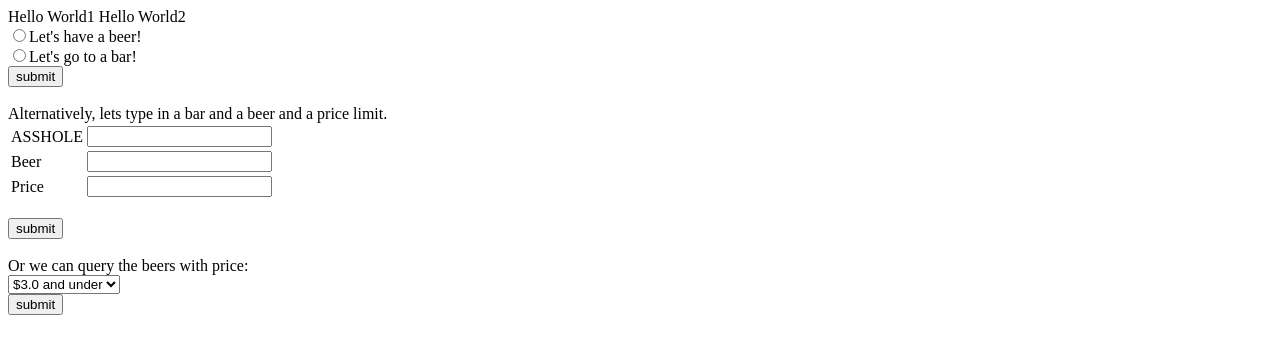
Repository: jessejamesblack/BuyMe
Page: http://localhost/cs336Final/
An editor plug-in stored every save of this project. The page is shown before and after the next save, followed by the edit.
The browser window is 1280 px wide. The pictures show the whole page.
The page is served by Tomcat 9. Other server files are loaded and not shown.

Above is the page before, as saved 2018-03-20 21:59:30.

### cs336Final/WebContent/index.jsp
<%@ page language="java" contentType="text/html; charset=ISO-8859-1"
    pageEncoding="ISO-8859-1"%>
<%@ page import="java.io.*,java.util.*,java.sql.*"%>
<%@ page import="javax.servlet.http.*,javax.servlet.*" %>

<!DOCTYPE html PUBLIC "-//W3C//DTD HTML 4.01 Transitional//EN" "http://www.w3.org/TR/html4/loose.dtd">
<html>
<head>
<meta http-equiv="Content-Type" content="text/html; charset=ISO-8859-1">
<title>Beer World</title>
</head>
<body>
Hello World1 <!-- the usual HTML way -->
<% out.println("Hello World2"); %> <!-- output the same thing, but using
                                      jsp programming -->


<br>
 <!-- Show html form to i) display something, ii) choose an action via a
  | radio button -->
<!-- forms are used to collect user input
	The default method when submitting form data is GET.
	However, when GET is used, the submitted form data will be visible in the page address field-->
<form method="post" action="show.jsp">
    <!-- note the show.jsp will be invoked when the choice is made -->
	<!-- The next lines give HTML for radio buttons being displayed -->
  <input type="radio" name="command" value="beers"/>Let's have a beer!
  <br>
  <input type="radio" name="command" value="bars"/>Let's go to a bar!
    <!-- when the radio for bars is chosen, then 'command' will have value
     | 'bars', in the show.jsp file, when you access request.parameters -->
  <br>
  <input type="submit" value="submit" />
</form>
<br>

Alternatively, lets type in a bar and a beer and  a price limit.
<br>
	<form method="post" action="newBeer.jsp">
	<table>
	<tr>
	<td>ASSHOLE</td><td><input type="text" name="bar"></td>
	</tr>
	<tr>
	<td>Beer</td><td><input type="text" name="beer"></td>
	</tr>
	<tr>
	<td>Price</td><td><input type="text" name="price"></td>
	</tr>
	</table>
	<br>
	<input type="submit" value="submit">
	</form>
<br>

Or we can query the beers with price:
<br>
	<form method="post" action="query.jsp">
		<select name="price" size=1>
			<option value="3.0">$3.0 and under</option>
			<option value="5.0">$5.0 and under</option>
			<option value="8.0">$8.0 and under</option>
		</select>&nbsp;<br> <input type="submit" value="submit">
	</form>
<br>

</body>
</html>

After the next save:
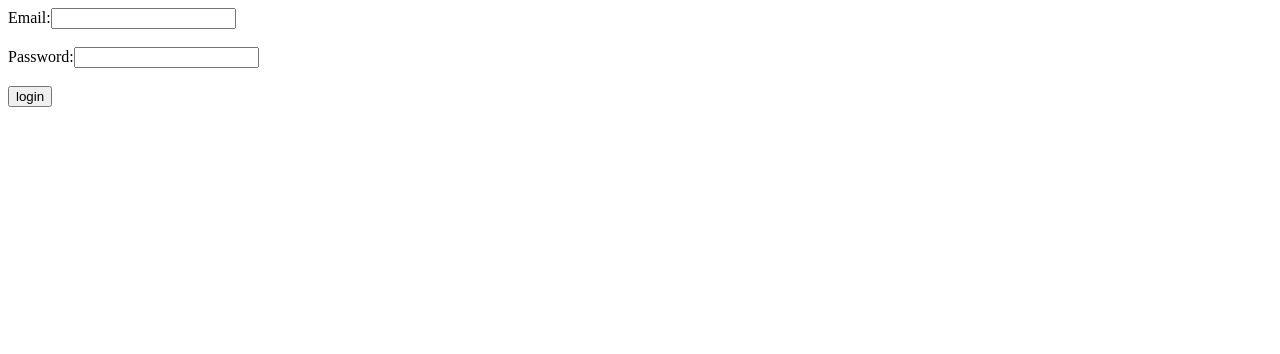
Saved 22 h 54 min later.
--- a/cs336Final/WebContent/index.jsp
+++ b/cs336Final/WebContent/index.jsp
@@ -1,68 +1,5 @@
-<%@ page language="java" contentType="text/html; charset=ISO-8859-1"
-    pageEncoding="ISO-8859-1"%>
-<%@ page import="java.io.*,java.util.*,java.sql.*"%>
-<%@ page import="javax.servlet.http.*,javax.servlet.*" %>
-
-<!DOCTYPE html PUBLIC "-//W3C//DTD HTML 4.01 Transitional//EN" "http://www.w3.org/TR/html4/loose.dtd">
-<html>
-<head>
-<meta http-equiv="Content-Type" content="text/html; charset=ISO-8859-1">
-<title>Beer World</title>
-</head>
-<body>
-Hello World1 <!-- the usual HTML way -->
-<% out.println("Hello World2"); %> <!-- output the same thing, but using
-                                      jsp programming -->
-
-
-<br>
- <!-- Show html form to i) display something, ii) choose an action via a
-  | radio button -->
-<!-- forms are used to collect user input
-	The default method when submitting form data is GET.
-	However, when GET is used, the submitted form data will be visible in the page address field-->
-<form method="post" action="show.jsp">
-    <!-- note the show.jsp will be invoked when the choice is made -->
-	<!-- The next lines give HTML for radio buttons being displayed -->
-  <input type="radio" name="command" value="beers"/>Let's have a beer!
-  <br>
-  <input type="radio" name="command" value="bars"/>Let's go to a bar!
-    <!-- when the radio for bars is chosen, then 'command' will have value
-     | 'bars', in the show.jsp file, when you access request.parameters -->
-  <br>
-  <input type="submit" value="submit" />
+<form action="loginprocess.jsp">
+Email:<input type="text" name="email"/><br/><br/>
+Password:<input type="password" name="pass"/><br/><br/>
+<input type="submit" value="login"/>
 </form>
-<br>
-
-Alternatively, lets type in a bar and a beer and  a price limit.
-<br>
-	<form method="post" action="newBeer.jsp">
-	<table>
-	<tr>
-	<td>ASSHOLE</td><td><input type="text" name="bar"></td>
-	</tr>
-	<tr>
-	<td>Beer</td><td><input type="text" name="beer"></td>
-	</tr>
-	<tr>
-	<td>Price</td><td><input type="text" name="price"></td>
-	</tr>
-	</table>
-	<br>
-	<input type="submit" value="submit">
-	</form>
-<br>
-
-Or we can query the beers with price:
-<br>
-	<form method="post" action="query.jsp">
-		<select name="price" size=1>
-			<option value="3.0">$3.0 and under</option>
-			<option value="5.0">$5.0 and under</option>
-			<option value="8.0">$8.0 and under</option>
-		</select>&nbsp;<br> <input type="submit" value="submit">
-	</form>
-<br>
-
-</body>
-</html>
